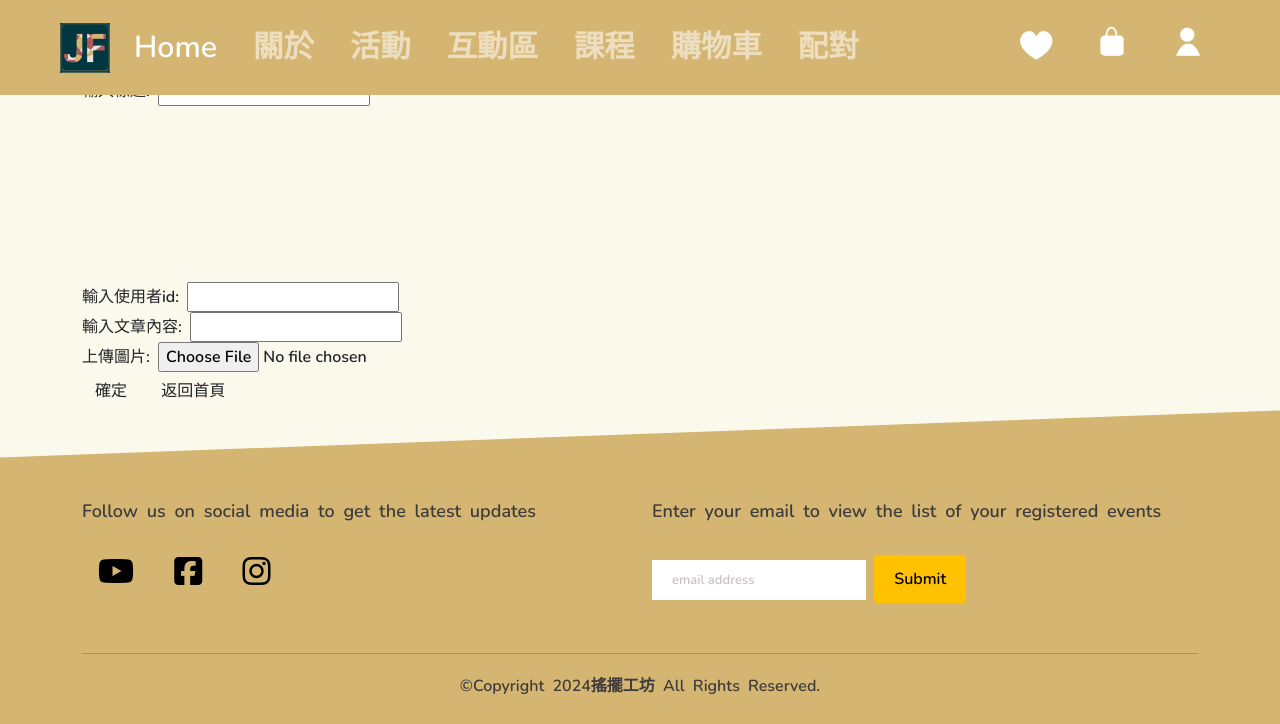
Repository: mmmooonnn0211/project
Page: workspace/demoSpringBoot-1/src/main/resources/static/html/LTInsertFront.html
The author's editor kept a copy of each file at every save. The page is drawn from the files as they stood at one save, then again after the next save.
The browser window is 1280 px wide. The pictures show the whole page.
Some web libraries are served in a nearby version.

Above is the page before, as saved 2024-05-06 19:21:36.

After the next save:
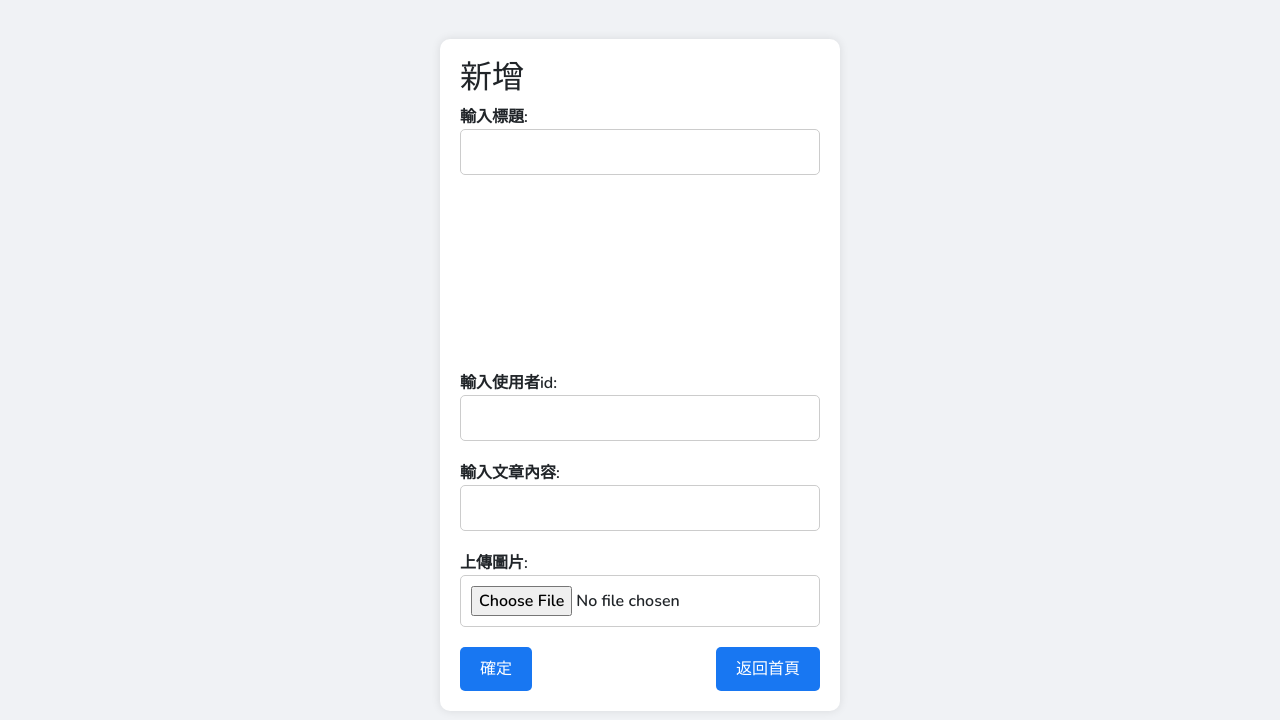
Saved 2 min 19 s later.
--- a/workspace/demoSpringBoot-1/src/main/resources/static/html/LTInsertFront.html
+++ b/workspace/demoSpringBoot-1/src/main/resources/static/html/LTInsertFront.html
@@ -25,6 +25,65 @@
 		integrity="sha384-9/reFTGAW83EW2RDu2S0VKaIzap3H66lZH81PoYlFhbGU+6BZp6G7niu735Sk7lN" crossorigin="anonymous">
 		</script>
 	<script src="https://cdn.jsdelivr.net/npm/sweetalert2@11"></script>
+
+	<style>
+		body {
+			font-family: 'Nunito', sans-serif;
+			background-color: #f0f2f5;
+			margin: 0;
+			padding: 0;
+			display: flex;
+			justify-content: center;
+			align-items: center;
+			height: 100vh;
+		}
+
+		.container {
+			background-color: white;
+			border-radius: 10px;
+			box-shadow: 0 0 10px rgba(0, 0, 0, 0.1);
+			padding: 20px;
+			width: 400px;
+		}
+
+		.form-group {
+			margin-bottom: 20px;
+		}
+
+		label {
+			font-weight: bold;
+		}
+
+		input[type="text"],
+		input[type="file"] {
+			width: 100%;
+			padding: 10px;
+			border: 1px solid #ccc;
+			border-radius: 5px;
+			font-size: 16px;
+		}
+
+		.btn-container {
+			display: flex;
+			justify-content: space-between;
+		}
+
+		.btn {
+			background-color: #1877f2;
+			color: white;
+			padding: 10px 20px;
+			border: none;
+			border-radius: 5px;
+			cursor: pointer;
+			font-size: 16px;
+			text-decoration: none;
+			transition: background-color 0.3s ease;
+		}
+
+		.btn:hover {
+			background-color: #1656b0;
+		}
+	</style>
 </head>
 
 <body>
@@ -78,11 +137,6 @@
 			}
 			return true;
 		}
-		fetch('/html/basic.html')
-			.then(response => response.text())
-			.then(html => {
-				document.body.innerHTML += html;
-			});
 	</script>
 </body>
 
